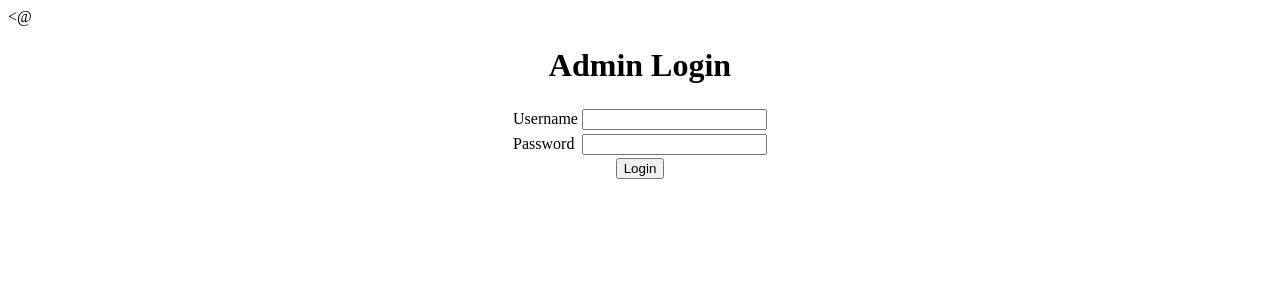
Repository: ashkumar661/Phase-2-Project
Page: http://localhost/crud-example/login-form.jsp
The author's editor kept a copy of each file at every save. The page is drawn from the files as they stood at one save, then again after the next save.
The browser window is 1280 px wide. The pictures show the whole page.
The page is served by Tomcat 9. Nobody is signed in. The application's start-up code is not run.

Above is the page before, as saved 2022-05-20 02:37:22.

After the next save:
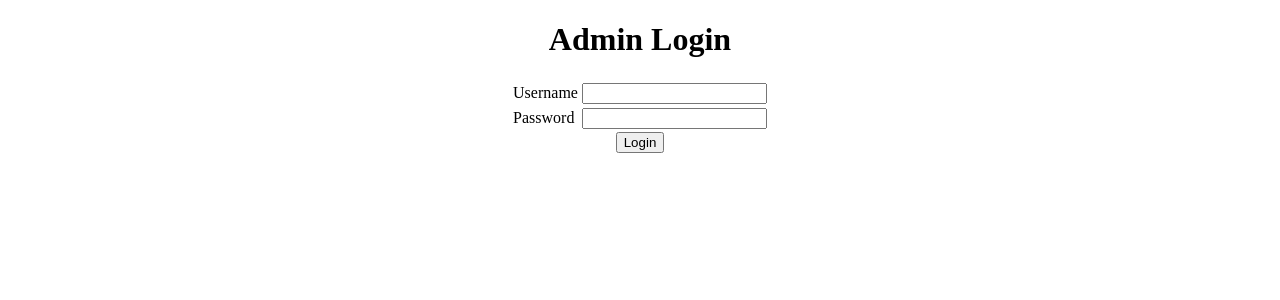
Saved 17 s later.
--- a/crud-example/src/main/webapp/login-form.jsp
+++ b/crud-example/src/main/webapp/login-form.jsp
@@ -1,6 +1,6 @@
 <%@ page language="java" contentType="text/html; charset=ISO-8859-1"
 	pageEncoding="ISO-8859-1"%>
-<@<%@ page import="java.sql.*"%>
+<%@ taglib prefix="sql" uri="http://java.sun.com/jsp/jstl/sql"%>
 <!DOCTYPE html>
 <html>
 <head>
@@ -11,8 +11,9 @@
 	<div align="center">
 		<h1>Admin Login</h1>
 		<form action="<%=request.getContextPath()%>/login" method="post">
-		<sql:setDataSource var="db" driver="com.mysql.cj.jdbc.Driver"
-			url="jdbc:mysql://localhost:3306/LearnersAcademy" user="root" password="123456" />
+			<sql:setDataSource var="db" driver="com.mysql.cj.jdbc.Driver"
+				url="jdbc:mysql://localhost:3306/LearnersAcademy" user="root"
+				password="123456" />
 			<table>
 				<tr>
 					<td>Username</td>
